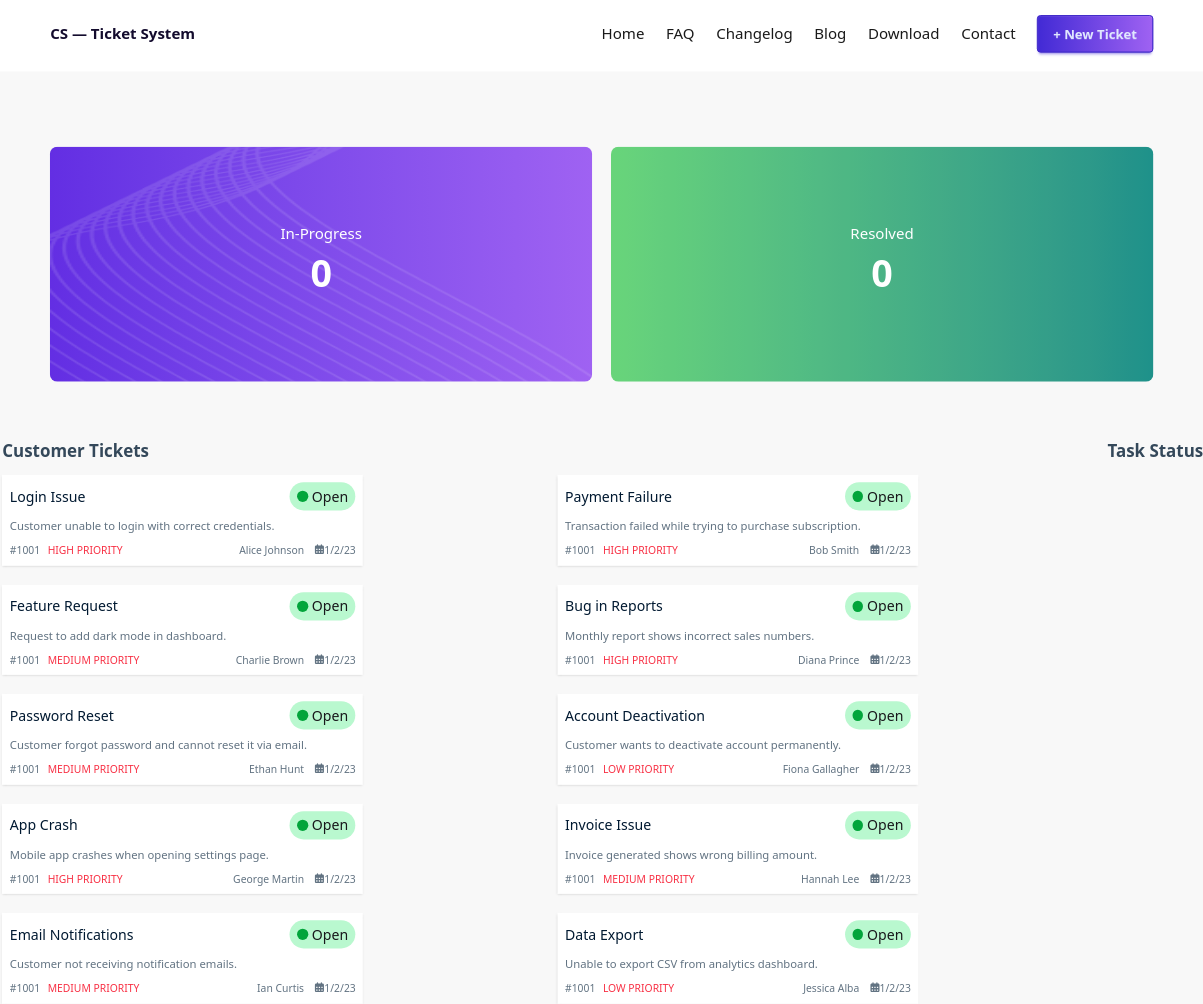
Repository: SanjidaSnigdha/Customer-Support-Zone
Page: /
The author's editor kept a copy of each file at every save. The page is drawn from the files as they stood at one save, then again after the next save.
The browser window is 1280 px wide. The pictures show the whole page, at 94% of full size.
The project was rebuilt for these pictures with package versions that can differ from the ones it lists, and the page was loaded fresh each time. Also part of the build but not shown: vite.config.js, src/App.css.

Above is the page before, as saved 2026-04-01 13:04:22.

After the next save:
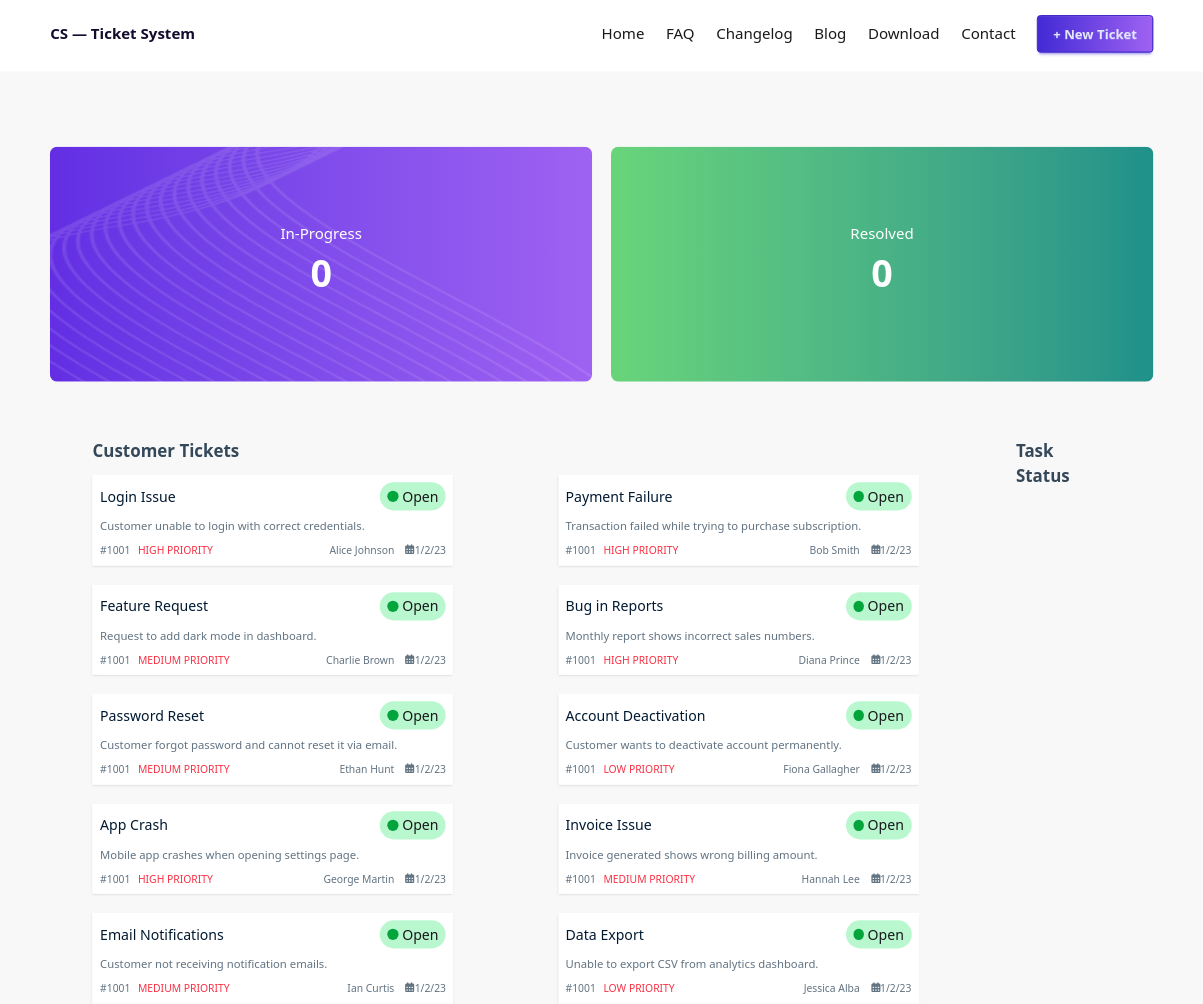
Saved 64 s later.
--- a/src/App.jsx
+++ b/src/App.jsx
@@ -21,7 +21,7 @@ function App() {
     <Banner></Banner>
     <Suspense fallback={<span className="loading loading-spinner loading-xl"></span>
 }>
-          <div className='flex justify-between'>
+          <div className='w-11/13 mx-auto flex justify-between'>
           <CustomerTickets customerPromise={customerPromise}></CustomerTickets>
            <TaskStatus></TaskStatus>
           </div>
